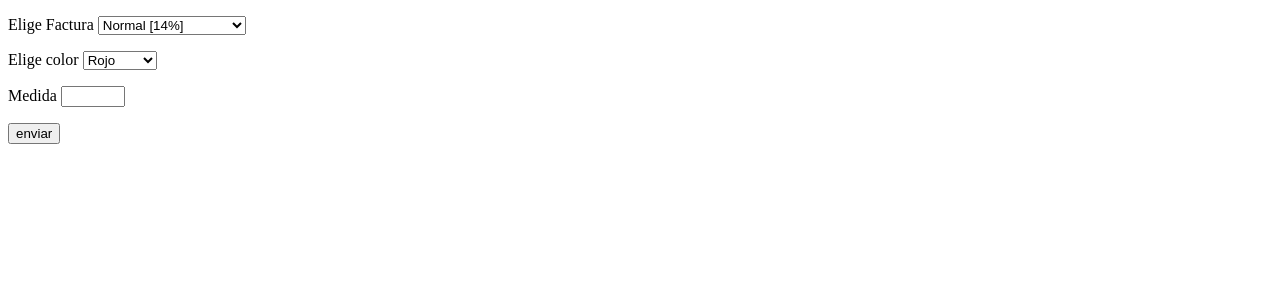
Repository: weertop/2DAW
Page: http://localhost/2patrones/facturas.jsp
An editor plug-in stored every save of this project. The page is shown before and after the next save, followed by the edit.
The browser window is 1280 px wide. The pictures show the whole page.
The page is served by Tomcat 9. Other server files are loaded and not shown.

Above is the page before, as saved 2019-11-27 09:23:08.

### DWServidor/eclipse-workspace-photom/2patrones/WebContent/facturas.jsp
<%@ page language="java" contentType="text/html; charset=UTF-8"
    pageEncoding="UTF-8"%>
<%@ page import="factory2.*,java.time.*" %>
<!DOCTYPE html>
<html>
<head>
<meta charset="UTF-8">
<title>Insert title here</title>
</head>
<body>

<%LocalDate l = LocalDate.now(); %>

<form action="resuelveFacturas" method="post">
	<p>Elige Factura
		<select name="tipo" request>
			<option value="normal">Normal [14%]</option>
			<option value="reducido">Reducido [7%]</option>
			<option value="super">Super Reducido [2%]</option>
		</select>
	</p>
	<p>Elige color
		<select name="color" request>
			<option value="red">Rojo</option>
			<option value="blue">Azul</option>
			<option value="magenta">Magenta</option>
			<option value="pink">Pink</option>
		</select>
	</p>
	<p>Medida
		<input type="number" name="medida" min="60" max="150" required/>
	</p>
	<p><input type="submit" name="enviar" value="enviar" />
	</p>
</form>
</body>
</html>

After the next save:
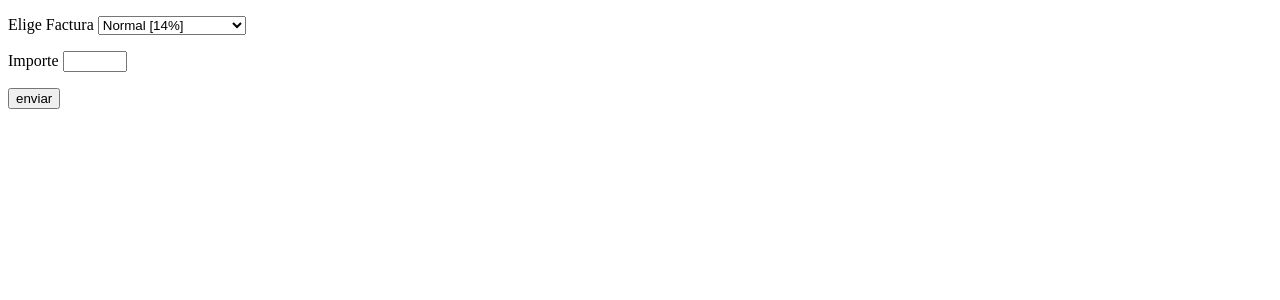
Saved 25 s later.
--- a/DWServidor/eclipse-workspace-photom/2patrones/WebContent/facturas.jsp
+++ b/DWServidor/eclipse-workspace-photom/2patrones/WebContent/facturas.jsp
@@ -19,16 +19,9 @@
 			<option value="super">Super Reducido [2%]</option>
 		</select>
 	</p>
-	<p>Elige color
-		<select name="color" request>
-			<option value="red">Rojo</option>
-			<option value="blue">Azul</option>
-			<option value="magenta">Magenta</option>
-			<option value="pink">Pink</option>
-		</select>
-	</p>
-	<p>Medida
-		<input type="number" name="medida" min="60" max="150" required/>
+
+	<p>Importe
+		<input type="number" name="importe" min="0" max="150" required/>
 	</p>
 	<p><input type="submit" name="enviar" value="enviar" />
 	</p>
